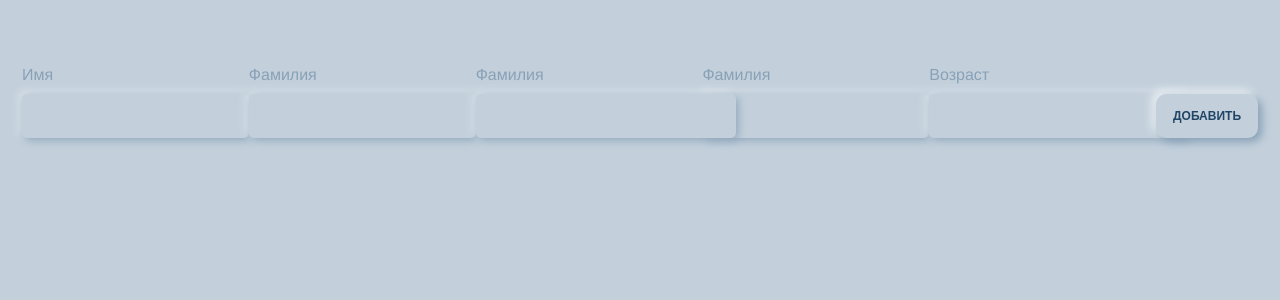
Repository: shum89/test-vue-table
Page: /
The author's editor kept a copy of each file at every save. The page is drawn from the files as they stood at one save, then again after a run of saves.
The browser window is 1280 px wide. The pictures show the whole page.
The project was rebuilt for these pictures with package versions that can differ from the ones it lists, and the page was loaded fresh each time. Also part of the build but not shown: vue.config.js.

Above is the page before, as saved 2021-07-19 00:01:55.

After the next 2 saves:
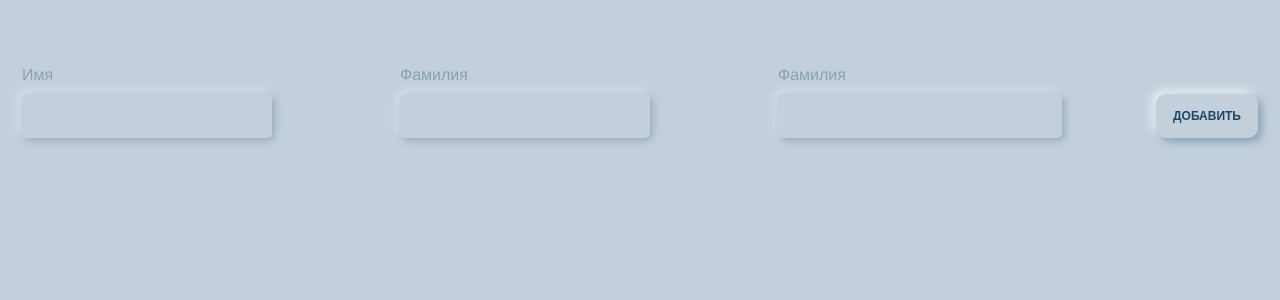
The 2 saves are shown as one change because they came seconds apart.
The last was saved 20 s later.
--- a/src/components/Form.vue
+++ b/src/components/Form.vue
@@ -4,46 +4,6 @@
       <TextInput name="firstName" label="Имя" />
       <TextInput name="lastName" label="Фамилия" />
       <TextInput name="age" type="number" label="Фамилия" />
-      <!-- <label class="form__label" for="firstName">
-        <span class="form__label-text">Имя</span>
-        <span class="form__label-text">{{ errorMessage }}</span>
-        <Field
-          name="firstName"
-          autocomplete="off"
-          v-model="firstName"
-          type="search"
-          class="form__input"
-          id="firstName"
-        />
-        <ErrorMessage class="invalid-feedback" name="contact.email" />
-      </label> -->
-
-      <label class="form__label" for="lastName">
-        <span>Фамилия</span>
-        <Field
-          name="lastName"
-          type="search"
-          autocomplete="off"
-          class="form__input"
-          v-model="lastName"
-          id="lastName"
-        />
-      </label>
-
-      <label class="form__label" for="age">
-        <span>Возраст</span>
-        <Field
-          name="age"
-          autocomplete="off"
-          class="form__input"
-          v-model="age"
-          type="number"
-          id="age"
-          min="0"
-          step="1"
-        />
-      </label>
-
       <button class="form__submit" type="submit">Добавить</button>
     </fieldset>
   </Form>
